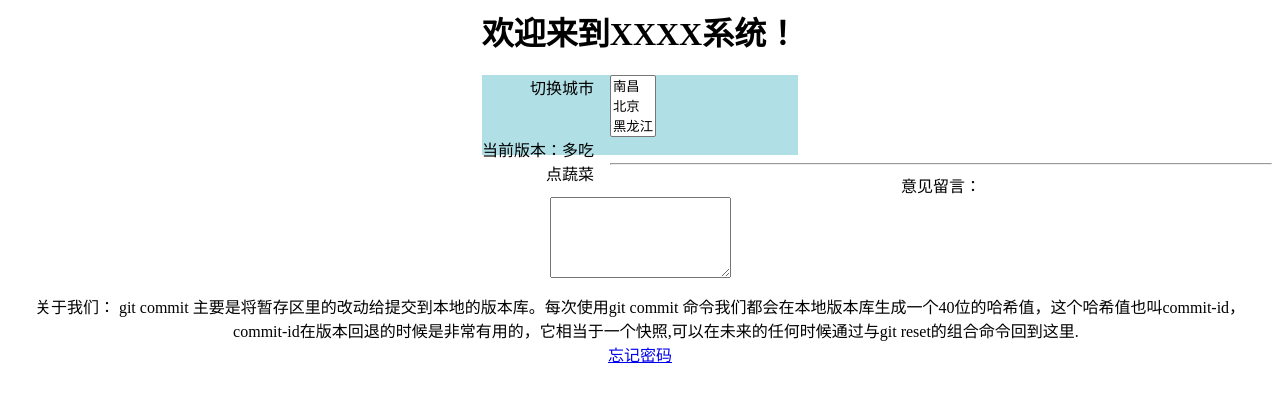
Repository: never-404/Intelligent-recommendation-system
Page: http://localhost/Intelligent-recommendation-system/mine.jsp
An editor plug-in stored every save of this project. The page is shown before and after the next save, followed by the edit.
The browser window is 1280 px wide. The pictures show the whole page.
The page is served by Tomcat 9. Nobody is signed in. The application's start-up code is not run. Other server files are loaded and not shown.

Above is the page before, as saved 2019-04-12 10:01:13.

### Intelligent-recommendation-system/WebRoot/mine.jsp
<%@ page language="java" contentType= "text/html;charset=gb2312" %>
<html>

	<head>
		<title>登录页面</title>
	    <meta charset="utf-8">

		<style type="text/css">
		.title
		{
			margin:auto;
			width:25%;
			background-color:#b0e0e6;
		}
		.table
		{
			margin:auto;
			width:25%;
			background-color:#b0e0e6;
		}
		lable { float: left; width: 7em; margin-right:1em; text-align: right; }
		h1	  {text-align: center}

        .a{
            text-align:center;
            vertical-align:middle;
        }
        img{max-width: 100%; height:auto;}

</style>
	</head>

	<body>

	<h1>欢迎来到XXXX系统！</h1>
    <div class="table">
    	<lable>切换城市</lable>
    	<select size="3">
    		<option>南昌</option>
    		<option>北京</option>
    		<option>黑龙江</option>
    	</select>
        <br>
        <lable>当前版本：多吃点蔬菜</lable>
        <br>
    </div>
    <HR>
    <div class="a">
	<form>
		意见留言：<br>
		<textarea rows="5" cols="20"></textarea><br>
	</form>
	关于我们： git commit 主要是将暂存区里的改动给提交到本地的版本库。每次使用git commit 命令我们都会在本地版本库生成一个40位的哈希值，这个哈希值也叫commit-id，
　　commit-id在版本回退的时候是非常有用的，它相当于一个快照,可以在未来的任何时候通过与git reset的组合命令回到这里.
        <br>
            <a href="forget_pswd.jsp"> 忘记密码</a>
            <!--忘记密码跳转的网址-->
	</div>

	</body>


</html>

After the next save:
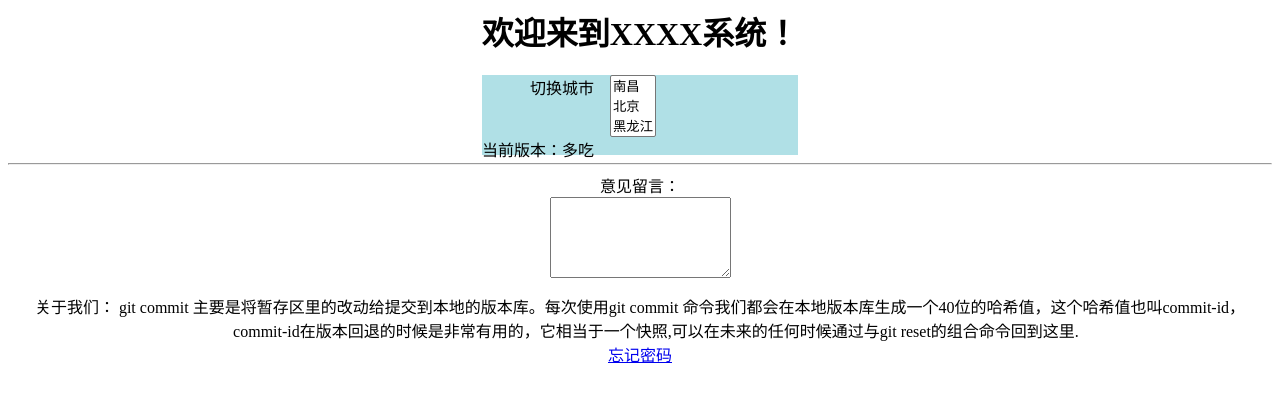
Saved 10 s later.
--- a/Intelligent-recommendation-system/WebRoot/mine.jsp
+++ b/Intelligent-recommendation-system/WebRoot/mine.jsp
@@ -41,7 +41,7 @@
     		<option>黑龙江</option>
     	</select>
         <br>
-        <lable>当前版本：多吃点蔬菜</lable>
+        <lable>当前版本：多吃</lable>
         <br>
     </div>
     <HR>
